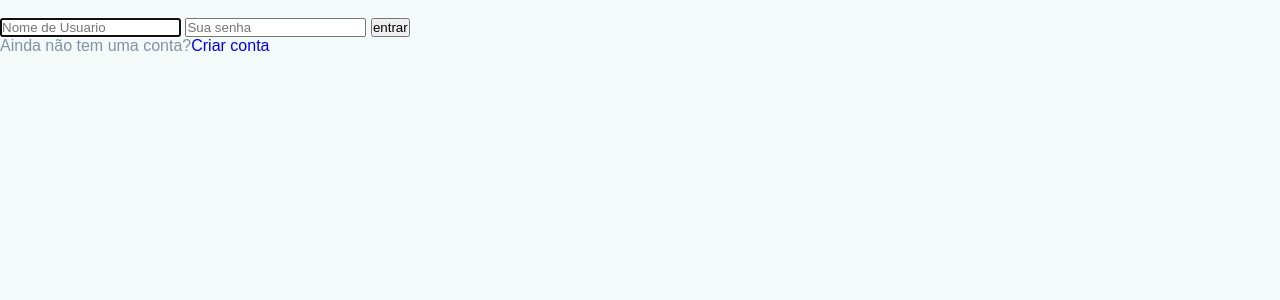
Repository: ichumbo/StarkDashboard
Page: login.html
The author's editor kept a copy of each file at every save. The page is drawn from the files as they stood at one save, then again after the next save.
The browser window is 1280 px wide. The pictures show the whole page.

Above is the page before, as saved 2023-06-14 00:23:45.

### login.html
<!DOCTYPE html>
<html lang="pt-br">
<head>

    <meta charset="UTF-8">
    <meta http-equiv="X-UA-Compatible" content="IE=edge">
    <meta name="viewport" content="width=device-width, initial-scale=1.0">
    <title>Quadify</title>
    <!--CSS-->
    <link rel="stylesheet" href="css/style.css">
    <!--Icons-->
    <link rel="stylesheet" href="https://maxst.icons8.com/vue-static/landings/line-awesome/font-awesome-line-awesome/css/all.min.css">
    <link rel="stylesheet" href="https://maxst.icons8.com/vue-static/landings/line-awesome/line-awesome/1.3.0/css/line-awesome.min.css">

</head>
<body id="login">
    <section class="area-login">
        <div class="login">
            <div>
                <img src="" alt="">
            </div>

            <form method="POST">
                <input type="text" name="Nome" placeholder="Nome de Usuario" autofocus>
                <input type="password" name="Senha" placeholder="Sua senha">
                <input type="submit" value="entrar">
            </form>
            <p>Ainda não tem uma conta?<a href="#">Criar conta</a></p>
        </div>
    </section>
</body>
</html>

### css/style.css
@import url(./global.css);
@import url(./color.css);
@import url(./sidebar.css);
@import url(./header.css);
@import url(./main.css);

/*------------------------------------------------------------------------------------------------------------------------------------------*/

#menu-toggle {
    display: none;
}

### css/global.css
@import url('https://fonts.googleapis.com');

* {
    font-family: 'Nunito', sans-serif;
    text-decoration: none;
    list-style-type: none;
    padding: 0;
    margin: 0;
    box-sizing: border-box;
}

body {
    color: var(--main-text);
    background: var(--bg-body);
}

.icon-header {
    width: 200px;
    margin-left: -30px;
    margin-top: 10px;
}

.photo-header {
    width: 100px;

}

.btn {
    border: none;
    outline: none;
    border-radius: 20px;
    padding: .6rem 2rem;
    display: flex;
    align-items: center;
}

.btn-white {
    background: var(--color-white);
}

.btn span {
    font-size: 1.5rem;
    display: inline-block;
    margin-left: .6rem;
}

.page-wrapper {
    width: 93%;
    margin: auto;
    display: flex;
}

.page-wrapper::before {
    content: "";
    width: 100%;
    height: 430px;
    position: absolute;
    left: 0;
    top: 0;
    background: var(--bg-body-dark);
    z-index: -1;
    border-radius: 0px 0px 0px 100px;
    box-shadow: var(--shadow);
}

### css/color.css
:root {
    --color-main: #16BF78;
    --color-secondary: #0A5938;
    --color-3: #16BF78;
    --color-4: #0A5938;
    --color-dark: #100F0F;
    --color-dark-secundary: #181823;
    --bg-body-dark: #0D1F22;
    --bg-body: #F4F9F9;
    --color-white: #FFFFFF;
    --main-accent: #DC8449;
    --main-text: #8492A6;
    --success: #28A745;
    --danger: #DC3545;
    --shadow: rgba(0, 0, 0, 0.15) 0px 2px 8px;
    --shadow2: 6px 5px 5px rgba(125, 141, 161, 0.3);
}

### css/sidebar.css
.sidebar {
    width: 250px;
    margin-left: 40px;
}

.brand {
    height: 70px;
    display: flex;
    align-items: center;
    padding-left: 3rem;
}

.brand h3 {
    font-size: 1.8rem;
    color: var(--color-white);
}

/*-----------------------------------------------PROFILE----------------------------------------------*/

.profile-card {
    text-align: center;
    margin: 1rem 0rem;
}

.profile-img {
    height: 120px;
    width: 120px;
    border-radius: 50%;
    margin: auto;
    background-size: cover;
    background-repeat: no-repeat;
    margin-top: 1.8rem;
    margin-bottom: 1.3rem;
}

.profile-info {
    color: var(--color-white);
}

.profile-info h2 {
    margin-bottom: .3rem;
}

.profile-info small {
    font-size: 1rem;
    color: #EFEFEF;
}

.profile-action {
    margin: 1.7rem;
}

.profile-icons {
    display: flex;
    justify-content: space-between;
    align-items: center;
    margin-bottom: 3.8rem;
}

.profile-icons span {
    display: inline-block;
    color: var(--color-white);
    font-size: 1.65rem;
}

/*-----------------------------------------------MENU----------------------------------------------*/

.sidebar-menu {
    display: grid;
    grid-template-columns: repeat(2, 1fr);
    grid-gap: 1.8rem;
}

.menu-item a {
    display: block;
    width: 100%;
    padding: 1rem 0rem;
   border-radius: 10px;
}

.menu-item a span {
    display: block;
    text-align: center;
    color: var(--main-text);
    font-size: 1.1rem;
}

.menu-item a span:first-child {
    font-size: 2rem;
    margin-bottom: .4rem;
}

.menu-item a.active {
    background: var(--color-main);
}

.menu-item a.active span {
    color: var(--color-white);
}

/*-----------------------------------------------Cards----------------------------------------------*/

.sidebar-card {
    padding: 1rem;
    border-radius: 10px;
    background: var(--color-main);
    margin: 2rem 0rem;
    color: var(--color-white);
}

.sidebar-card h3 {
    margin-bottom: 1rem;
    font-size: 1.4rem;
}

.sidebar-card p {
    line-height: 1.9rem;
    margin-bottom: 1rem;
    font-size: .9rem;
    text-align: justify;
}

.sidebar-card a {
    text-align: center;
    font-weight: 600;
    color: var(--main-text);
    display: block;
    font-size: 1.1rem;
}

### css/header.css
.main-content {
    padding: 0 20px 0px 60px;
    flex: 1;
}

header {
    display: flex;
    justify-content: space-between;
    align-items: center;
    height: 50px;
    border-bottom: 2px solid var(--color-4);
    padding-top: 1rem;
    color: var(--color-white)
}

header label {
    display: inline-block;
    font-size: 1.4rem;
}

.head-icons {
    display: flex;
    align-items: center;
}

.head-icons span {
    margin-left: 1rem;
    display: inline-block;
    font-size: 1.2rem;
}

### css/main.css
.page-header {
    color: var(--color-white);
    margin: 1rem 0rem;
}

.analytics {
    display: grid;
    grid-template-columns: 65% auto;
    grid-gap: 2rem;
    margin-top: 3rem;
}

.card {
    background: var(--color-white);
    border-radius: 10px;
    box-shadow: var(--shadow);
}

.card-head {
    font-size: 1rem;
    color: var(--color-main);
    font-weight: 600;
    padding: 1rem 2rem;
    border-bottom: 1px solid var(--color-main);
}

.card-body {
    padding: 1.5rem 2rem;
}

.sales-card .card-body {
    padding: .3rem;
}

.card-footer {
    padding: 1rem;
}

.chart-wrapper {
    padding-top: 1rem 0rem;
}

### css/login.css
#login {
    background-color: var(--bg-body-dark);
    overflow: hidden;
}

.area-login {
    display: flex;
    height: 100vh;
    justify-content: center;
}

After the next save:
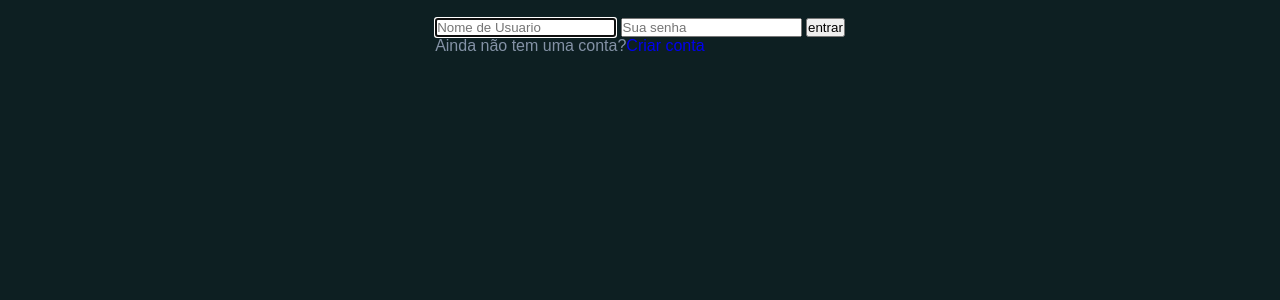
Saved 16 s later.
--- a/css/style.css
+++ b/css/style.css
@@ -3,6 +3,7 @@
 @import url(./sidebar.css);
 @import url(./header.css);
 @import url(./main.css);
+@import url(./login.css);
 
 /*------------------------------------------------------------------------------------------------------------------------------------------*/
 

After the save that followed:
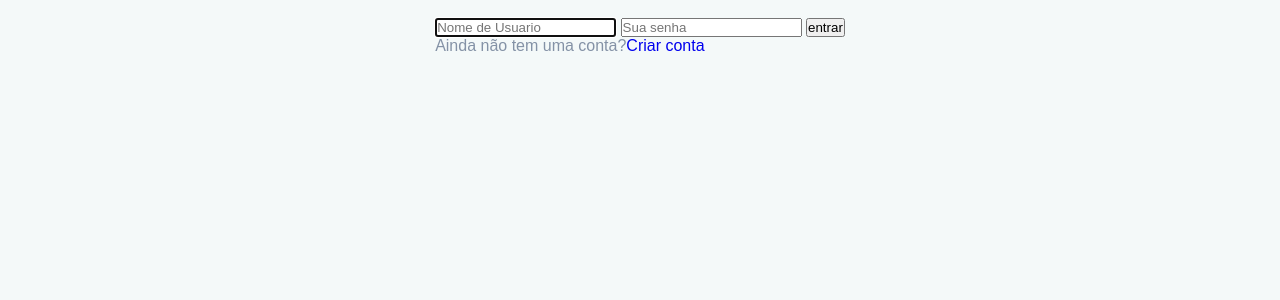
Saved 3 min 5 s later.
--- a/login.html
+++ b/login.html
@@ -13,7 +13,7 @@
     <link rel="stylesheet" href="https://maxst.icons8.com/vue-static/landings/line-awesome/line-awesome/1.3.0/css/line-awesome.min.css">
 
 </head>
-<body id="login">
+<body id="login-bg">
     <section class="area-login">
         <div class="login">
             <div>
